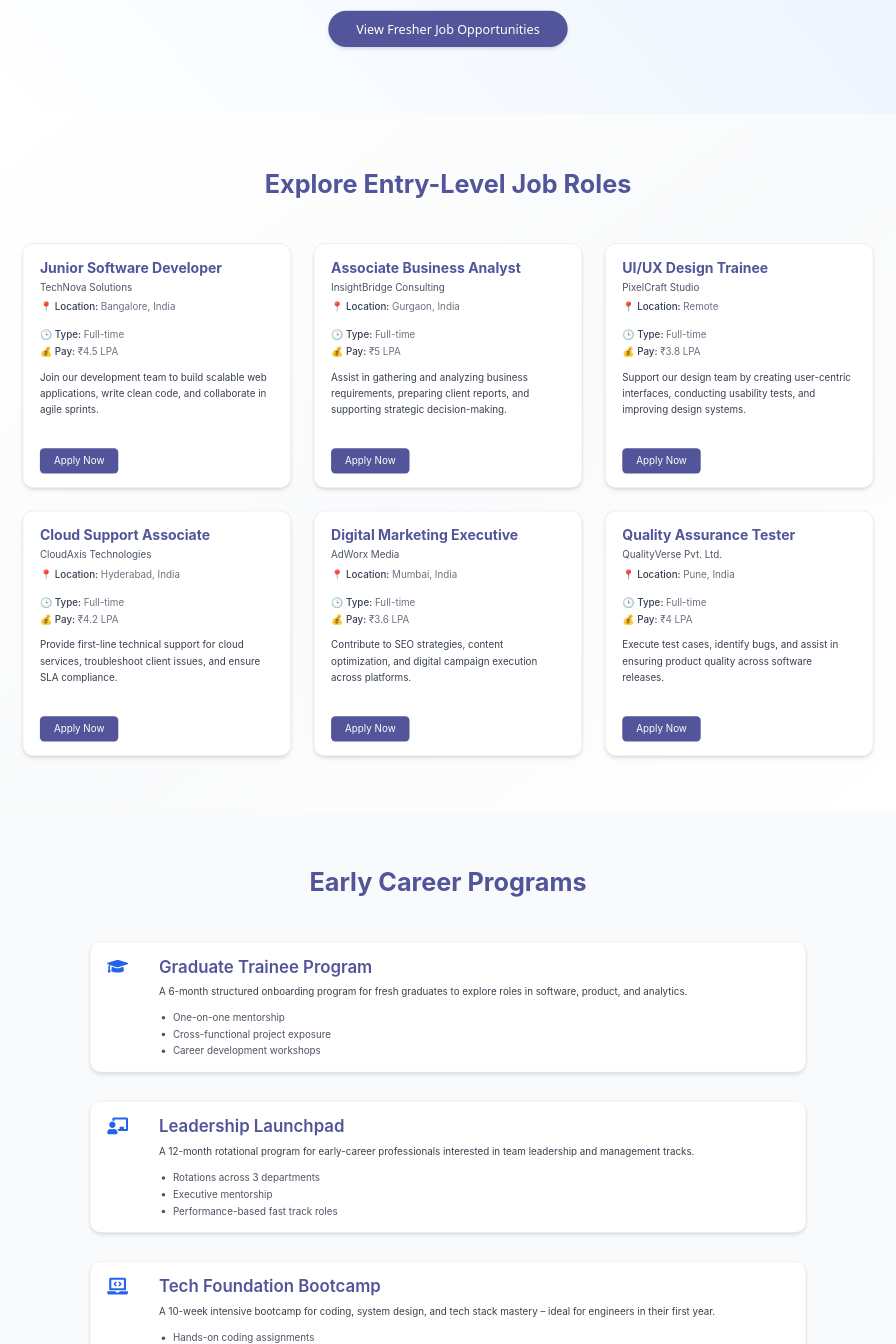
Repository: Siddharthkothiyal/GharPadhaaroCareerWebsite
Page: /#/students
An editor plug-in stored every save of this project. The page is shown before and after the next save, followed by the edit.
The browser window is 1280 px wide. The pictures show the part of the page from y = 1496 to 3416 px (the page is 7225 px tall before and 7229 px after), at 70% of full size.
The project was rebuilt for these pictures with package versions that can differ from the ones it lists, and the page was loaded fresh each time. Also part of the build but not shown: src/components/CareerPortal/JobListing/JobListings.css, src/components/CareerPortal/JobListing/JobListings.js, src/components/CareerPortal/Header.css, src/components/CareerPortal/ResumeUpload.css, src/components/CareerPortal/ResumeUpload.js, src/components/CareerPortal/Header.js, src/components/CareerPortal/JobListing/JobSearch.css, src/components/CareerPortal/JobListing/JobSearch.js and 10 more.

Above is the page before, as saved 2025-06-22 11:12:57.

### public/index.html
<!DOCTYPE html>
<html lang="en">

<head>
  <meta charset="utf-8" />
  <link rel="icon" href="%PUBLIC_URL%/favicon.ico" />
  <meta name="viewport" content="width=device-width, initial-scale=1" />
  <meta name="theme-color" content="#000000" />
  <meta name="description" content="GharPadharo - Find your perfect stay" />

  <!-- Font Awesome CDN (latest) -->
  <link rel="stylesheet" href="https://cdnjs.cloudflare.com/ajax/libs/font-awesome/6.5.2/css/all.min.css"
    integrity="sha512-SnH5WK+bZxgPHs44uWIX+LLJAJ9/2PkPKZ5QiAj6Ta86w+fsb2TkcmfRyVX3pBnMFcV7oQPJkl9QevSCWr3W6A=="
    crossorigin="anonymous" referrerpolicy="no-referrer" />

  <link rel="apple-touch-icon" href="%PUBLIC_URL%/logo192.png" />
  <title>GharPadharo</title>
</head>

<body>
  <noscript>You need to enable JavaScript to run this app.</noscript>
  <div id="root"></div>
  <!--
      This HTML file is a template.
      If you open it directly in the browser, you will see an empty page.

      You can add webfonts, meta tags, or analytics to this file.
      The build step will place the bundled scripts into the <body> tag.

      To begin the development, run `npm start` or `yarn start`.
      To create a production bundle, use `npm run build` or `yarn build`.
    -->
</body>

</html>

### src/index.css
@tailwind base;
@tailwind components;
@tailwind utilities;

/* You can keep your custom CSS below if needed */

body {
  margin: 0;
  font-family: -apple-system, BlinkMacSystemFont, 'Segoe UI', 'Roboto', 'Oxygen',
    'Ubuntu', 'Cantarell', 'Fira Sans', 'Droid Sans', 'Helvetica Neue',
    sans-serif;
  -webkit-font-smoothing: antialiased;
  -moz-osx-font-smoothing: grayscale;
}

code {
  font-family: source-code-pro, Menlo, Monaco, Consolas, 'Courier New',
    monospace;
}

### src/components/CareerPortal/CareerPortal.css
/* GharPadharo Career Portal Styles */
:root {
  --gharpadhaaro-blue: #0866ff;
  --gharpadhaaro-blue-dark: #0756d6;
  --gharpadhaaro-gray: #f0f2f5;
  --gharpadhaaro-text: #1c1e21;
  --gharpadhaaro-text-secondary: #65676b;
  --gharpadhaaro-white: #ffffff;
  --gharpadhaaro-border: #dadde1;
  --gharpadhaaro-success: #42b72a;
  --gharpadhaaro-error: #fa383e;
  --gharpadhaaro-shadow: rgba(0, 0, 0, 0.1);
  --gharpadhaaro-radius: 8px;
  --gharpadhaaro-transition: all 0.2s ease;
}

/* Global Styles */
.career-portal {
  font-family: 'Optimistic Display', -apple-system, BlinkMacSystemFont, 'Segoe UI', Roboto, Oxygen, Ubuntu, Cantarell, 'Open Sans', 'Helvetica Neue', sans-serif;
  color: var(--gharpadhaaro-text);
  line-height: 1.5;
  background-color: var(--gharpadhaaro-white);
}

.container {
  max-width: 1200px;
  margin: 0 auto;
  padding: 0 24px;
}

/* Hero Section */
.hero-section {
  background: linear-gradient(135deg, #0866ff 0%, #535699 100%);
  color: var(--meta-white);
  padding: 100px 0;
  text-align: center;
}

.hero-content {
  max-width: 800px;
  margin: 0 auto;
  padding: 0 24px;
}

.hero-content h1 {
  font-size: 48px;
  font-weight: 700;
  margin-bottom: 24px;
  line-height: 1.2;
}

.hero-content p {
  color: black;
  font-size: 20px;
  margin-bottom: 40px;
  margin-left: 70px;

}

/* Job Search Section */
.job-search-section {
  padding: 60px 0;
  background-color: var(--meta-white);
}

.filters-and-results {
  display: grid;
  grid-template-columns: 300px 1fr;
  gap: 30px;
}

/* Featured Teams Section */
.featured-teams-section {
  padding: 80px 0;
  background-color: var(--meta-gray);
}

.featured-teams-section h2 {
  font-size: 36px;
  font-weight: 700;
  margin-bottom: 16px;
  text-align: center;
}

.featured-teams-section p {
  font-size: 18px;
  color: var(--meta-text-secondary);
  max-width: 700px;
  margin: 0 auto 40px;
  text-align: center;
}

/* Buttons */
.btn {
  display: inline-flex;
  align-items: center;
  justify-content: center;
  padding: 12px 24px;
  border-radius: 0px;
  font-weight: 600;
  font-size: 16px;
  cursor: pointer;
  transition: var(--meta-transition);
  border: none;
}

.btn-primary {
  background-color: var(--meta-blue);
  color: var(--meta-white);
}

.btn-primary:hover {
  background-color: var(--meta-blue-dark);
}

.btn-secondary {
  background-color: var(--meta-gray);
  color: var(--meta-text);
  margin-left: 50px;
}

.btn-secondary:hover {
  background-color: #e4e6eb;
}

/* Form Elements */
.input-group {
  position: relative;
  margin-bottom: 16px;
}

.input-field {
  width: 100%;
  padding: 14px 16px;
  border-radius: var(--meta-radius);
  border: 1px solid var(--meta-border);
  font-size: 16px;
  transition: var(--meta-transition);
}

.input-field:focus {
  border-color: var(--meta-blue);
  outline: none;
  box-shadow: 0 0 0 2px rgba(8, 102, 255, 0.2);
}

/* Responsive */
@media (max-width: 992px) {
  .filters-and-results {
    grid-template-columns: 1fr;
  }

  .hero-content h1 {
    font-size: 36px;
  }

  .hero-content p {
    font-size: 18px;
  }
}

@media (max-width: 576px) {
  .hero-content h1 {
    font-size: 28px;
  }

  .hero-content p {
    font-size: 16px;
  }

  .featured-teams-section h2 {
    font-size: 28px;
  }
}

/* Add these styles to your existing CareerPortal.css file */

.application-form-section {
  padding: 40px 0;
  background-color: #f5f5f5;
}

.close-form-btn {
  background: none;
  border: none;
  font-size: 24px;
  cursor: pointer;
  margin-bottom: 20px;
  display: flex;
  align-items: center;
  color: #333;
}

.close-form-btn:hover {
  color: #535699;
}

### src/components/Auth/Auth.css
/* Auth.css - Styles for Login and Signup components */

:root {
  --primary-color: #535699; /* GharPadharo blue */
  --secondary-color: #42B72A; /* GharPadharo green */
  --text-color: #1C1E21;
  --light-text: #606770;
  --error-color: #FA383E;
  --border-color: #DADDE1;
  --background-color: #F0F2F5;
  --card-background: #FFFFFF;
  --hover-color: #E7F3FF;
  --focus-shadow: 0 0 0 2px rgba(83, 86, 153, 0.2);
}

/* Auth Container */
.auth-container {
  display: flex;
  justify-content: center;
  align-items: center;
  min-height: 100vh;
  background-color: var(--background-color);
  padding: 20px;
}

/* Auth Card */
.auth-card {
  background-color: var(--card-background);
  border-radius: 8px;
  box-shadow: 0 2px 4px rgba(0, 0, 0, 0.1), 0 8px 16px rgba(0, 0, 0, 0.1);
  width: 100%;
  max-width: 400px;
  padding: 20px;
}

/* Auth Header */
.auth-header {
  text-align: center;
  margin-bottom: 20px;
}

.auth-logo {
  width: 40px;
  height: 40px;
  margin-bottom: 10px;
}

.auth-header h2 {
  font-size: 24px;
  font-weight: 600;
  color: var(--text-color);
  margin: 0;
}

.gharpadharo-logo{
  width: 60px;
  height: 60px;
}

/* Auth Form */
.auth-form {
  display: flex;
  flex-direction: column;
  gap: 16px;
}

.form-group {
  display: flex;
  flex-direction: column;
}

.form-group label {
  font-size: 14px;
  font-weight: 500;
  margin-bottom: 6px;
  color: var(--text-color);
}

.form-group input {
  padding: 12px 14px;
  border: 1px solid var(--border-color);
  border-radius: 6px;
  font-size: 16px;
  transition: border-color 0.2s, box-shadow 0.2s;
}

.form-group input:focus {
  outline: none;
  border-color: #535699;
  box-shadow: var(--focus-shadow);
}

.form-group input.error {
  border-color: var(--error-color);
}

.error-message {
  color: var(--error-color);
  font-size: 12px;
  margin-top: 4px;
}

/* Terms and Privacy */
.terms-privacy {
  font-size: 12px;
  color: 535699;
  margin-bottom: 10px;
  text-align: center;
}

.terms-privacy a {
  color: 535699;
  text-decoration: none;
}

.terms-privacy a:hover {
  text-decoration: underline;
}

/* Auth Button */
.auth-button {
  background-color: #535699;
  color: white;
  border: none;
  border-radius: 6px;
  padding: 12px;
  font-size: 16px;
  font-weight: 600;
  cursor: pointer;
  transition: background-color 0.2s;
  margin-top: 10px;
}

.auth-button:hover {
  background-color: #535699;
}

/* Auth Footer */
.auth-footer {
  margin-top: 20px;
  text-align: center;
}

.forgot-password {
  color: #535699;
  text-decoration: none;
  font-size: 14px;
  display: block;
  margin-bottom: 16px;
}

.forgot-password:hover {
  text-decoration: underline;
}

.auth-redirect {
  font-size: 14px;
  color: var(--light-text);
  margin: 0;
}

.auth-redirect a {
  color: #535699;
  text-decoration: none;
  font-weight: 500;
}

.auth-redirect a:hover {
  text-decoration: underline;
}

/* Responsive adjustments */
@media (max-width: 480px) {
  .auth-card {
    padding: 16px;
  }

  .auth-header h2 {
    font-size: 20px;
  }

  .form-group input {
    padding: 10px 12px;
    font-size: 14px;
  }

  .auth-button {
    padding: 10px;
    font-size: 14px;
  }
}

### src/components/CareerPortal/StudentsPage/sections/FreshersJob.js
import React from 'react';

const freshersJobs = [
  {
    id: 1,
    title: 'Junior Software Developer',
    company: 'TechNova Solutions',
    location: 'Bangalore, India',
    type: 'Full-time',
    pay: '₹4.5 LPA',
    description:
      'Join our development team to build scalable web applications, write clean code, and collaborate in agile sprints.',
  },
  {
    id: 2,
    title: 'Associate Business Analyst',
    company: 'InsightBridge Consulting',
    location: 'Gurgaon, India',
    type: 'Full-time',
    pay: '₹5 LPA',
    description:
      'Assist in gathering and analyzing business requirements, preparing client reports, and supporting strategic decision-making.',
  },
  {
    id: 3,
    title: 'UI/UX Design Trainee',
    company: 'PixelCraft Studio',
    location: 'Remote',
    type: 'Full-time',
    pay: '₹3.8 LPA',
    description:
      'Support our design team by creating user-centric interfaces, conducting usability tests, and improving design systems.',
  },
  {
    id: 4,
    title: 'Cloud Support Associate',
    company: 'CloudAxis Technologies',
    location: 'Hyderabad, India',
    type: 'Full-time',
    pay: '₹4.2 LPA',
    description:
      'Provide first-line technical support for cloud services, troubleshoot client issues, and ensure SLA compliance.',
  },
  {
    id: 5,
    title: 'Digital Marketing Executive',
    company: 'AdWorx Media',
    location: 'Mumbai, India',
    type: 'Full-time',
    pay: '₹3.6 LPA',
    description:
      'Contribute to SEO strategies, content optimization, and digital campaign execution across platforms.',
  },
  {
    id: 6,
    title: 'Quality Assurance Tester',
    company: 'QualityVerse Pvt. Ltd.',
    location: 'Pune, India',
    type: 'Full-time',
    pay: '₹4 LPA',
    description:
      'Execute test cases, identify bugs, and assist in ensuring product quality across software releases.',
  },
];

const FreshersJob = () => {
  return (
    <section
  id="fresher-jobs"
  className="py-20 px-4 sm:px-6 lg:px-8 bg-gradient-to-br from-white via-gray-50 to-white"
>
  <div className="max-w-7xl mx-auto">
    <h2 className="text-4xl font-bold text-center text-[#525599] mb-16">
       Explore Entry-Level Job Roles
    </h2>

    <div className="grid gap-8 sm:grid-cols-2 lg:grid-cols-3">
      {freshersJobs.map((job) => (
        <div
          key={job.id}
          className="bg-white rounded-2xl border border-gray-200 shadow-md hover:shadow-lg transition-shadow px-6 py-5"
        >
          <h3 className="text-xl font-bold text-[#525599] mb-1">{job.title}</h3>
          <p className="text-sm text-gray-600 mb-2">{job.company}</p>

          <div className="text-sm text-gray-500 space-y-1 mb-4">
            <p>
              <span className="font-medium text-gray-700">📍 Location:</span>{' '}
              {job.location}
            </p>
            <p>
              <span className="font-medium text-gray-700">🕒 Type:</span>{' '}
              {job.type}
            </p>
            <p>
              <span className="font-medium text-gray-700">💰 Pay:</span>{' '}
              {job.pay}
            </p>
          </div>

          <p className="text-gray-700 text-sm leading-relaxed">{job.description}</p>

          <button className="mt-6 inline-block px-5 py-2 bg-[#525599] text-white text-sm rounded-md hover:bg-[#41447d] transition-colors">
            Apply Now
          </button>
        </div>
      ))}
    </div>
  </div>
</section>

  );
};

export default FreshersJob;

Loaded but not shown: src/index.js (common file); src/reportWebVitals.js (common file); src/App.css (common file); tailwind.config.js (common file); src/components/CareerPortal/StudentsPage/sections/Internships.js (122 lines, source omitted); src/components/CareerPortal/StudentsPage/sections/Scholarships.js (91 lines, source omitted); src/components/CareerPortal/StudentsPage/sections/Resources.js (81 lines, source omitted); src/components/CareerPortal/StudentsPage/sections/FAQs.js (89 lines, source omitted); src/components/CareerPortal/StudentsPage/sections/Mentorship.js (79 lines, source omitted); src/components/CareerPortal/StudentsPage/sections/Webinars.js (69 lines, source omitted); src/components/CareerPortal/StudentsPage/sections/Hackathons.js (63 lines, source omitted); src/components/CareerPortal/StudentsPage/sections/EarlyCareers.js (77 lines, source omitted); src/components/CareerPortal/StudentsPage/StudentsPage.js (70 lines, source omitted); src/App.js (49 lines, source omitted); src/components/LandingPage/LandingPage.css (411 lines, source omitted)

After the next save:
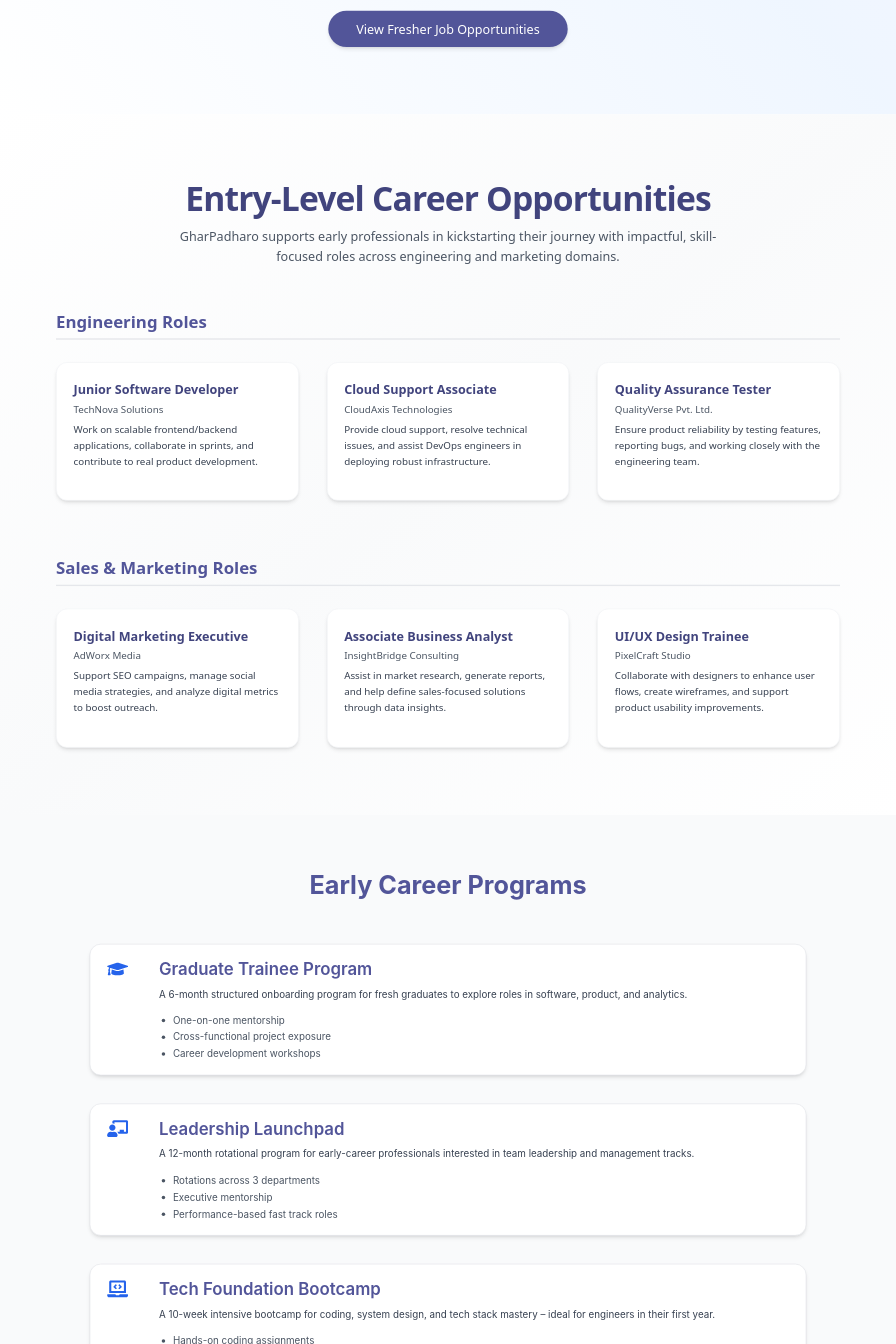
Saved 2 min 53 s later.
--- a/src/components/CareerPortal/StudentsPage/sections/FreshersJob.js
+++ b/src/components/CareerPortal/StudentsPage/sections/FreshersJob.js
@@ -1,114 +1,118 @@
 import React from 'react';
 
-const freshersJobs = [
+const engineeringJobs = [
   {
     id: 1,
     title: 'Junior Software Developer',
     company: 'TechNova Solutions',
-    location: 'Bangalore, India',
-    type: 'Full-time',
-    pay: '₹4.5 LPA',
     description:
-      'Join our development team to build scalable web applications, write clean code, and collaborate in agile sprints.',
+      'Work on scalable frontend/backend applications, collaborate in sprints, and contribute to real product development.',
   },
   {
     id: 2,
-    title: 'Associate Business Analyst',
-    company: 'InsightBridge Consulting',
-    location: 'Gurgaon, India',
-    type: 'Full-time',
-    pay: '₹5 LPA',
+    title: 'Cloud Support Associate',
+    company: 'CloudAxis Technologies',
     description:
-      'Assist in gathering and analyzing business requirements, preparing client reports, and supporting strategic decision-making.',
+      'Provide cloud support, resolve technical issues, and assist DevOps engineers in deploying robust infrastructure.',
   },
   {
     id: 3,
-    title: 'UI/UX Design Trainee',
-    company: 'PixelCraft Studio',
-    location: 'Remote',
-    type: 'Full-time',
-    pay: '₹3.8 LPA',
+    title: 'Quality Assurance Tester',
+    company: 'QualityVerse Pvt. Ltd.',
     description:
-      'Support our design team by creating user-centric interfaces, conducting usability tests, and improving design systems.',
+      'Ensure product reliability by testing features, reporting bugs, and working closely with the engineering team.',
   },
+];
+
+const marketingJobs = [
   {
     id: 4,
-    title: 'Cloud Support Associate',
-    company: 'CloudAxis Technologies',
-    location: 'Hyderabad, India',
-    type: 'Full-time',
-    pay: '₹4.2 LPA',
+    title: 'Digital Marketing Executive',
+    company: 'AdWorx Media',
     description:
-      'Provide first-line technical support for cloud services, troubleshoot client issues, and ensure SLA compliance.',
+      'Support SEO campaigns, manage social media strategies, and analyze digital metrics to boost outreach.',
   },
   {
     id: 5,
-    title: 'Digital Marketing Executive',
-    company: 'AdWorx Media',
-    location: 'Mumbai, India',
-    type: 'Full-time',
-    pay: '₹3.6 LPA',
+    title: 'Associate Business Analyst',
+    company: 'InsightBridge Consulting',
     description:
-      'Contribute to SEO strategies, content optimization, and digital campaign execution across platforms.',
+      'Assist in market research, generate reports, and help define sales-focused solutions through data insights.',
   },
   {
     id: 6,
-    title: 'Quality Assurance Tester',
-    company: 'QualityVerse Pvt. Ltd.',
-    location: 'Pune, India',
-    type: 'Full-time',
-    pay: '₹4 LPA',
+    title: 'UI/UX Design Trainee',
+    company: 'PixelCraft Studio',
     description:
-      'Execute test cases, identify bugs, and assist in ensuring product quality across software releases.',
+      'Collaborate with designers to enhance user flows, create wireframes, and support product usability improvements.',
   },
 ];
 
 const FreshersJob = () => {
   return (
     <section
-  id="fresher-jobs"
-  className="py-20 px-4 sm:px-6 lg:px-8 bg-gradient-to-br from-white via-gray-50 to-white"
->
-  <div className="max-w-7xl mx-auto">
-    <h2 className="text-4xl font-bold text-center text-[#525599] mb-16">
-       Explore Entry-Level Job Roles
-    </h2>
+      id="fresher-jobs"
+      className="relative overflow-hidden py-24 px-6 sm:px-10 lg:px-20 bg-gradient-to-br from-white via-gray-50 to-white font-sans"
+    >
+      {/* Subtle Background Elements */}
+      <div className="absolute -top-16 -left-16 w-96 h-96 bg-blue-100 rounded-full opacity-10 blur-3xl -z-10"></div>
+      <div className="absolute bottom-0 right-0 w-80 h-80 bg-purple-200 rounded-full opacity-10 blur-3xl -z-10"></div>
 
-    <div className="grid gap-8 sm:grid-cols-2 lg:grid-cols-3">
-      {freshersJobs.map((job) => (
-        <div
-          key={job.id}
-          className="bg-white rounded-2xl border border-gray-200 shadow-md hover:shadow-lg transition-shadow px-6 py-5"
-        >
-          <h3 className="text-xl font-bold text-[#525599] mb-1">{job.title}</h3>
-          <p className="text-sm text-gray-600 mb-2">{job.company}</p>
+      <div className="max-w-7xl mx-auto">
+        <h2 className="text-4xl sm:text-5xl font-extrabold text-center text-[#41447d] mb-4 tracking-tight">
+          Entry-Level Career Opportunities
+        </h2>
+        <p className="text-center text-gray-600 text-lg max-w-3xl mx-auto mb-16">
+          GharPadharo supports early professionals in kickstarting their journey with impactful, skill-focused roles across engineering and marketing domains.
+        </p>
 
-          <div className="text-sm text-gray-500 space-y-1 mb-4">
-            <p>
-              <span className="font-medium text-gray-700">📍 Location:</span>{' '}
-              {job.location}
-            </p>
-            <p>
-              <span className="font-medium text-gray-700">🕒 Type:</span>{' '}
-              {job.type}
-            </p>
-            <p>
-              <span className="font-medium text-gray-700">💰 Pay:</span>{' '}
-              {job.pay}
-            </p>
+        {/* Engineering Roles */}
+        <div className="mb-20">
+          <h3 className="text-2xl font-semibold text-[#525599] border-b-2 border-gray-200 pb-2 mb-8">
+            Engineering Roles
+          </h3>
+          <div className="grid gap-10 sm:grid-cols-2 lg:grid-cols-3">
+            {engineeringJobs.map((job) => (
+              <div
+                key={job.id}
+                className="bg-white rounded-2xl border border-gray-100 shadow-md hover:shadow-xl transition-shadow px-6 py-6"
+              >
+                <h4 className="text-lg font-semibold text-[#41447d] mb-1">
+                  {job.title}
+                </h4>
+                <p className="text-sm text-gray-600 mb-2">{job.company}</p>
+                <p className="text-gray-700 text-sm leading-relaxed">
+                  {job.description}
+                </p>
+              </div>
+            ))}
           </div>
+        </div>
 
-          <p className="text-gray-700 text-sm leading-relaxed">{job.description}</p>
-
-          <button className="mt-6 inline-block px-5 py-2 bg-[#525599] text-white text-sm rounded-md hover:bg-[#41447d] transition-colors">
-            Apply Now
-          </button>
+        {/* Sales & Marketing Roles */}
+        <div>
+          <h3 className="text-2xl font-semibold text-[#525599] border-b-2 border-gray-200 pb-2 mb-8">
+            Sales & Marketing Roles
+          </h3>
+          <div className="grid gap-10 sm:grid-cols-2 lg:grid-cols-3">
+            {marketingJobs.map((job) => (
+              <div
+                key={job.id}
+                className="bg-white rounded-2xl border border-gray-100 shadow-md hover:shadow-xl transition-shadow px-6 py-6"
+              >
+                <h4 className="text-lg font-semibold text-[#41447d] mb-1">
+                  {job.title}
+                </h4>
+                <p className="text-sm text-gray-600 mb-2">{job.company}</p>
+                <p className="text-gray-700 text-sm leading-relaxed">
+                  {job.description}
+                </p>
+              </div>
+            ))}
+          </div>
         </div>
-      ))}
-    </div>
-  </div>
-</section>
-
+      </div>
+    </section>
   );
 };
 
